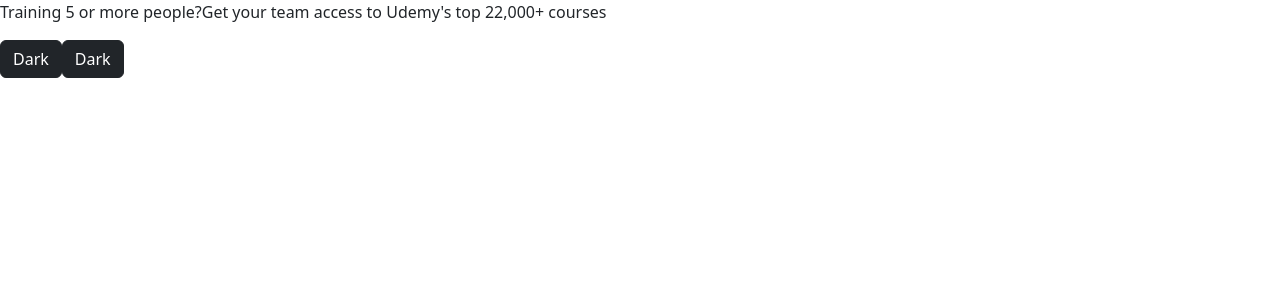
Repository: Taniafdes/newProject
Page: /division/division
The author's editor kept a copy of each file at every save. The page is drawn from the files as they stood at one save, then again after a run of saves.
The browser window is 1280 px wide. The pictures show the whole page.
The project was rebuilt for these pictures with package versions that can differ from the ones it lists, and the page was loaded fresh each time. The framework's server and built-in components were replaced by stand-ins that run in the browser. Also part of the build but not shown: next.config.js.

Above is the page before, as saved 2023-06-15 15:44:48.

After the next 4 saves:
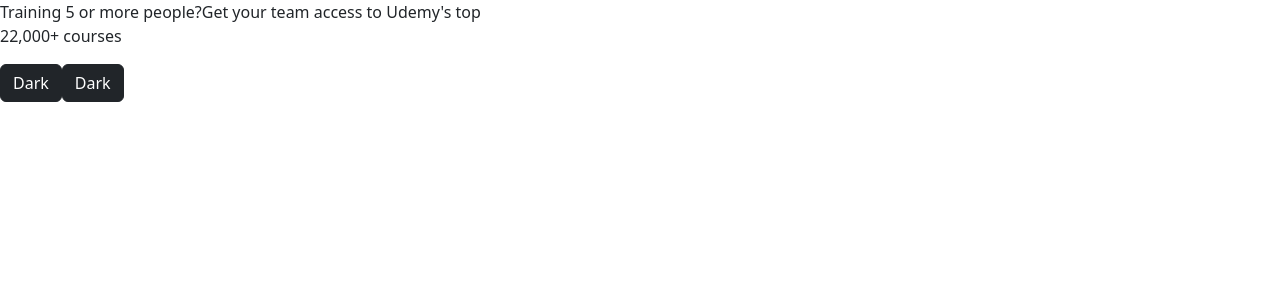
The 4 saves are shown as one change because they came seconds apart.
The last was saved 12 s later.
--- a/pages/division/division.js
+++ b/pages/division/division.js
@@ -5,7 +5,7 @@
 const division = () => {
   return (
    <div>
-   <div className='col-lg-6'>
+   <div className='col-lg-5'>
        <p>Training 5 or more people?Get your team access to Udemy's top 22,000+ courses</p>
 
 <Button variant="dark">Dark</Button>
